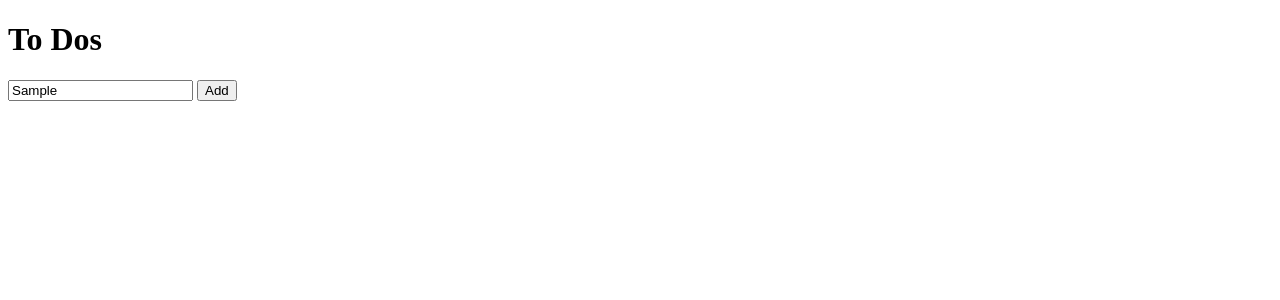
Repository: hwangstar156/practice-redux
Page: /
These files come from the project's save history. The page is drawn as it stood at one moment and after the next save; the edit follows.
The browser window is 1280 px wide. The pictures show the whole page.
Empty fields were first filled with sample values (such as "Sample", 5 or name@example.com).
After loading, the first visible `form` was submitted once.
The project was rebuilt for these pictures with package versions that can differ from the ones it lists, and the page was loaded fresh each time.

Above is the page before, as saved 2021-08-13 02:06:08.

### public/index.html
<!DOCTYPE html>
<html lang="en">
  <head>
    <meta charset="utf-8" />
    <link rel="icon" href="%PUBLIC_URL%/favicon.ico" />
    <meta name="viewport" content="width=device-width, initial-scale=1" />
    <meta name="theme-color" content="#000000" />
    <meta
      name="description"
      content="Web site created using create-react-app"
    />
    <link rel="apple-touch-icon" href="%PUBLIC_URL%/logo192.png" />
    <link rel="manifest" href="%PUBLIC_URL%/manifest.json" />
    <title>Vanilla Redux</title>
  </head>
  <body>
    <h1>To Dos</h1>
    <form>
      <input type="text" placeholder="Write to do">
      <input type="submit" value="Add">
    </form>
    <ul>

    </ul>
  </body>
</html>

### src/index.js
const ul = document.querySelector("ul");
const form = document.querySelector("form");
const input = document.querySelector("input");
form.addEventListener("submit", (e) => {
  e.preventDefault();
});

After the next save:
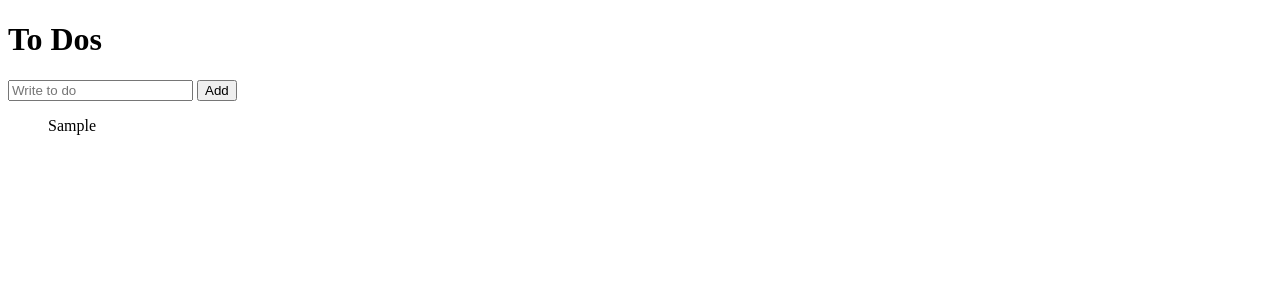
Saved 100 s later.
--- a/src/index.js
+++ b/src/index.js
@@ -1,6 +1,15 @@
 const ul = document.querySelector("ul");
 const form = document.querySelector("form");
 const input = document.querySelector("input");
+
+const createToDo = (toDo) => {
+  const li = document.createElement("li");
+  li.innerText = toDo;
+  ul.append(toDo);
+};
 form.addEventListener("submit", (e) => {
   e.preventDefault();
+  const toDo = input.value;
+  input.value = "";
+  createToDo(toDo);
 });
